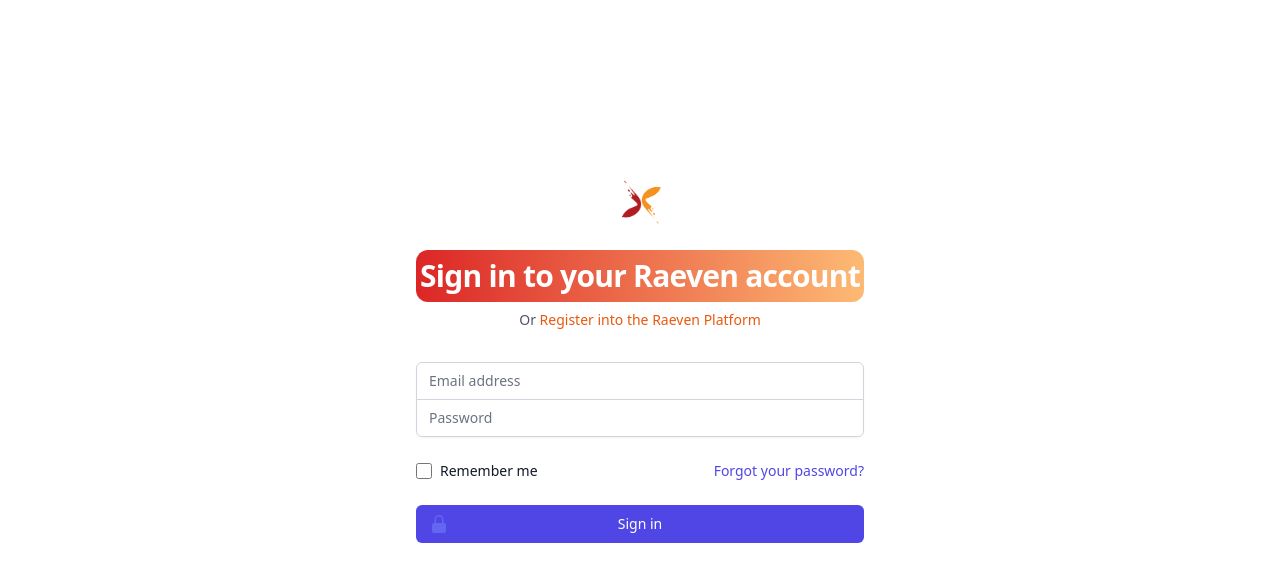
Repository: Curiosityxploring/raeven-site
Page: /login
An editor plug-in stored every save of this project. The page is shown before and after the next save, followed by the edit.
The browser window is 1280 px wide. The pictures show the whole page.
The project was rebuilt for these pictures with package versions that can differ from the ones it lists, and the page was loaded fresh each time. The framework's server and built-in components were replaced by stand-ins that run in the browser. Also part of the build but not shown: next.config.js.

Above is the page before, as saved 2023-01-12 15:25:09.

### pages/login.jsx
import React from 'react'
import { LockClosedIcon } from '@heroicons/react/20/solid'

export default function login() {
  return (
    <>
      {/*
        This example requires updating your template:

        ```
        <html class="h-full bg-gray-50">
        <body class="h-full">
        ```
      */}
      <div className="flex h-screen items-center justify-center py-12 px-4 sm:px-6 lg:px-8">
        <div className="w-full max-w-md space-y-8">
          <div>
            <img
              className="mx-auto h-12 w-auto"
              src="/images/curiositylogo.png"
              alt="Your Company"
            />
            <h2 className="mt-6 text-center text-3xl font-bold tracking-tight text-white px-1 py-2 rounded-xl bg-gradient-to-r from-red-600 to-orange-300">
              Sign in to your Raeven account
            </h2>
            <p className="mt-2 text-center text-sm text-gray-600">
              Or{' '}
              <a href="#" className="font-medium text-orange-600 hover:text-red-400">
                Register into the Raeven Platform
              </a>
            </p>
          </div>
          <form className="mt-8 space-y-6" action="#" method="POST">
            <input type="hidden" name="remember" defaultValue="true" />
            <div className="-space-y-px rounded-md shadow-sm">
              <div>
                <label htmlFor="email-address" className="sr-only">
                  Email address
                </label>
                <input
                  id="email-address"
                  name="email"
                  type="email"
                  autoComplete="email"
                  required
                  className="relative block w-full appearance-none rounded-none rounded-t-md border border-gray-300 px-3 py-2 text-gray-900 placeholder-gray-500 focus:z-10 focus:border-indigo-500 focus:outline-none focus:ring-indigo-500 sm:text-sm"
                  placeholder="Email address"
                />
              </div>
              <div>
                <label htmlFor="password" className="sr-only">
                  Password
                </label>
                <input
                  id="password"
                  name="password"
                  type="password"
                  autoComplete="current-password"
                  required
                  className="relative block w-full appearance-none rounded-none rounded-b-md border border-gray-300 px-3 py-2 text-gray-900 placeholder-gray-500 focus:z-10 focus:border-indigo-500 focus:outline-none focus:ring-indigo-500 sm:text-sm"
                  placeholder="Password"
                />
              </div>
            </div>

            <div className="flex items-center justify-between">
              <div className="flex items-center">
                <input
                  id="remember-me"
                  name="remember-me"
                  type="checkbox"
                  className="h-4 w-4 rounded border-gray-300 text-indigo-600 focus:ring-indigo-500"
                />
                <label htmlFor="remember-me" className="ml-2 block text-sm text-gray-900">
                  Remember me
                </label>
              </div>

              <div className="text-sm">
                <a href="#" className="font-medium text-indigo-600 hover:text-indigo-500">
                  Forgot your password?
                </a>
              </div>
            </div>

            <div>
              <button
                type="submit"
                className="group relative flex w-full justify-center rounded-md border border-transparent bg-indigo-600 py-2 px-4 text-sm font-medium text-white hover:bg-indigo-700 focus:outline-none focus:ring-2 focus:ring-indigo-500 focus:ring-offset-2"
              >
                <span className="absolute inset-y-0 left-0 flex items-center pl-3">
                  <LockClosedIcon className="h-5 w-5 text-indigo-500 group-hover:text-indigo-400" aria-hidden="true" />
                </span>
                Sign in
              </button>
            </div>
          </form>
        </div>
      </div>
    </>
  )

}

### styles/globals.css
@tailwind base;
@tailwind components;
@tailwind utilities;



/* :root {
  --max-width: 1100px;
  --border-radius: 12px;
  --font-mono: ui-monospace, Menlo, Monaco, 'Cascadia Mono', 'Segoe UI Mono',
    'Roboto Mono', 'Oxygen Mono', 'Ubuntu Monospace', 'Source Code Pro',
    'Fira Mono', 'Droid Sans Mono', 'Courier New', monospace;

  --foreground-rgb: 0, 0, 0;
  --background-start-rgb: 214, 219, 220;
  --background-end-rgb: 255, 255, 255;

  --primary-glow: conic-gradient(
    from 180deg at 50% 50%,
    #16abff33 0deg,
    #0885ff33 55deg,
    #54d6ff33 120deg,
    #0071ff33 160deg,
    transparent 360deg
  );
  --secondary-glow: radial-gradient(
    rgba(255, 255, 255, 1),
    rgba(255, 255, 255, 0)
  );

  --tile-start-rgb: 239, 245, 249;
  --tile-end-rgb: 228, 232, 233;
  --tile-border: conic-gradient(
    #00000080,
    #00000040,
    #00000030,
    #00000020,
    #00000010,
    #00000010,
    #00000080
  );

  --callout-rgb: 238, 240, 241;
  --callout-border-rgb: 172, 175, 176;
  --card-rgb: 180, 185, 188;
  --card-border-rgb: 131, 134, 135;
}

@media (prefers-color-scheme: dark) {
  :root {
    --foreground-rgb: 255, 255, 255;
    --background-start-rgb: 0, 0, 0;
    --background-end-rgb: 0, 0, 0;

    --primary-glow: radial-gradient(rgba(1, 65, 255, 0.4), rgba(1, 65, 255, 0));
    --secondary-glow: linear-gradient(
      to bottom right,
      rgba(1, 65, 255, 0),
      rgba(1, 65, 255, 0),
      rgba(1, 65, 255, 0.3)
    );

    --tile-start-rgb: 2, 13, 46;
    --tile-end-rgb: 2, 5, 19;
    --tile-border: conic-gradient(
      #ffffff80,
      #ffffff40,
      #ffffff30,
      #ffffff20,
      #ffffff10,
      #ffffff10,
      #ffffff80
    );

    --callout-rgb: 20, 20, 20;
    --callout-border-rgb: 108, 108, 108;
    --card-rgb: 100, 100, 100;
    --card-border-rgb: 200, 200, 200;
  }
}

* {
  box-sizing: border-box;
  padding: 0;
  margin: 0;
}

html,
body {
  max-width: 100vw;
  overflow-x: hidden;
}

body {
  color: rgb(var(--foreground-rgb));
  background: linear-gradient(
      to bottom,
      transparent,
      rgb(var(--background-end-rgb))
    )
    rgb(var(--background-start-rgb));
}

a {
  color: inherit;
  text-decoration: none;
}

@media (prefers-color-scheme: dark) {
  html {
    color-scheme: dark;
  }
} */

Loaded but not shown: pages/_app.js (common file); pages/_document.js (common file); tailwind.config.js (common file)

After the next save:
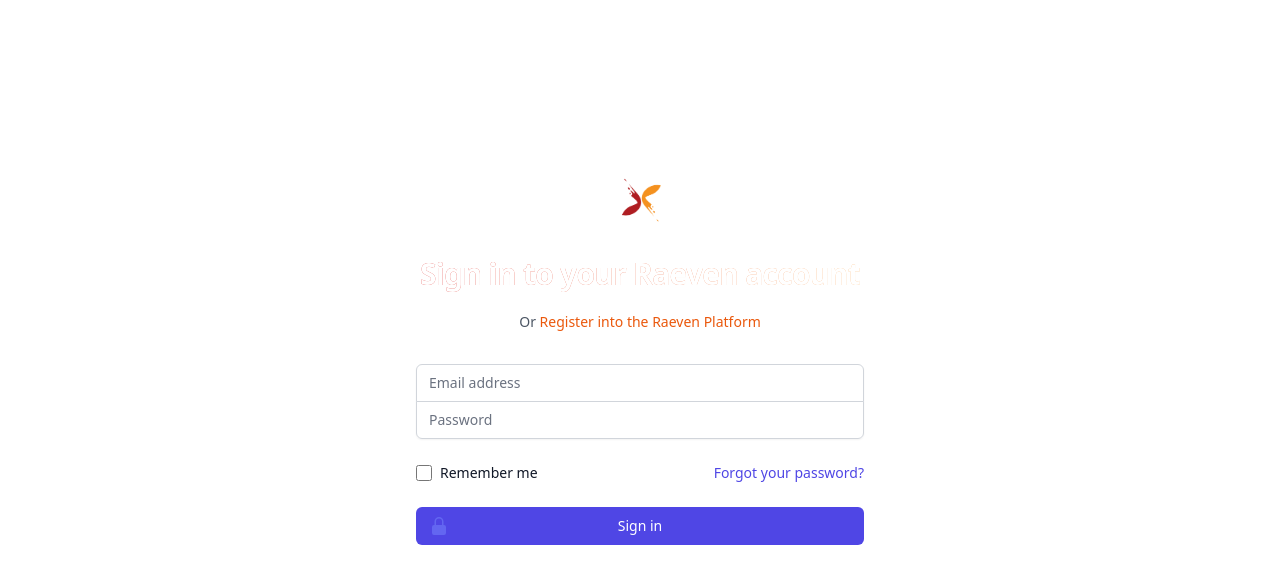
Saved 57 s later.
--- a/pages/login.jsx
+++ b/pages/login.jsx
@@ -20,7 +20,7 @@
               src="/images/curiositylogo.png"
               alt="Your Company"
             />
-            <h2 className="mt-6 text-center text-3xl font-bold tracking-tight text-white px-1 py-2 rounded-xl bg-gradient-to-r from-red-600 to-orange-300">
+            <h2 className="mt-6 text-center text-3xl font-bold tracking-tight text-white px-1 py-2 rounded-xl bg-gradient-to-r from-red-600 to-orange-300 bg-clip-text pb-3 text-transparent">
               Sign in to your Raeven account
             </h2>
             <p className="mt-2 text-center text-sm text-gray-600">
